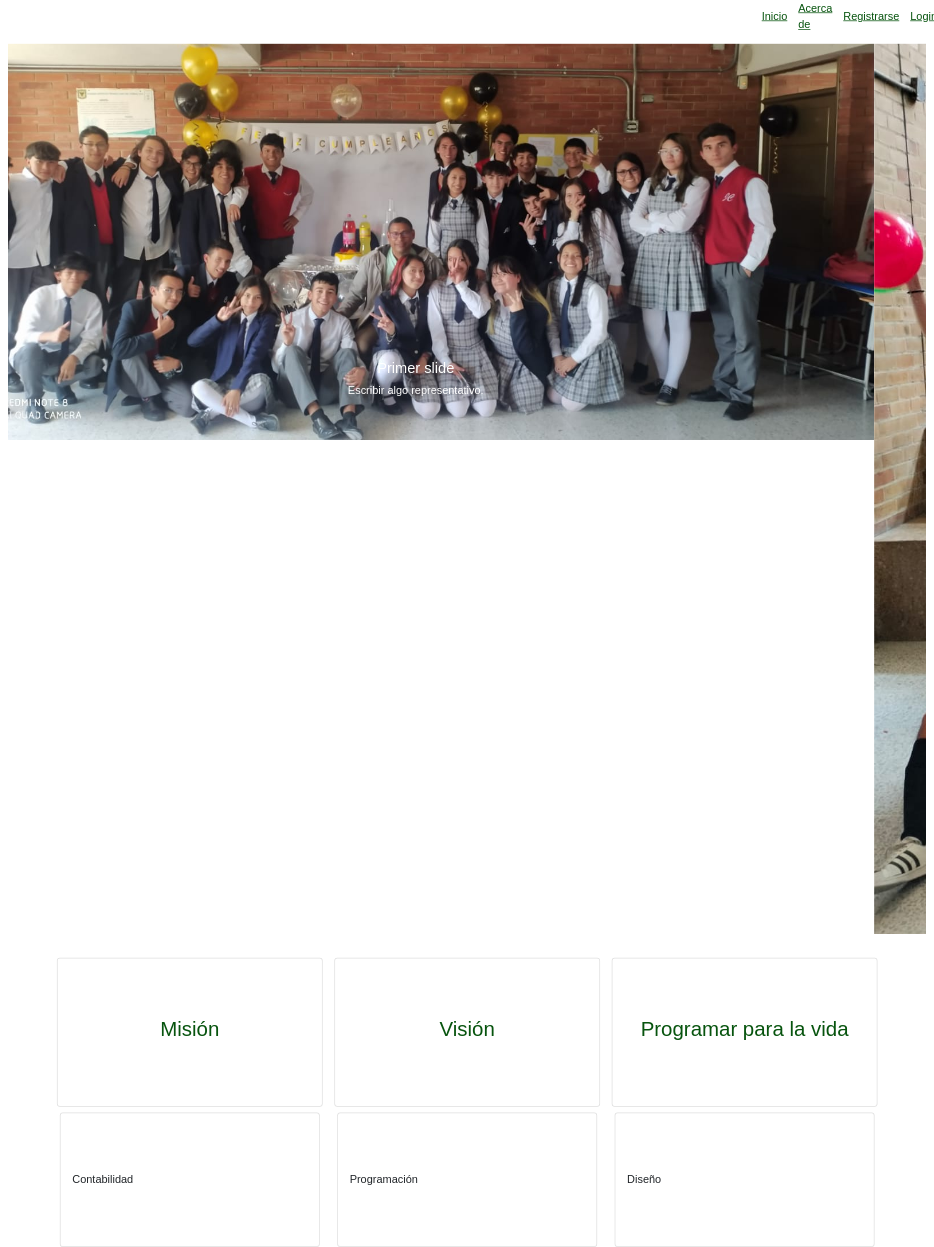
Repository: AntonnySant/webColegio
Page: index.html
An editor plug-in stored every save of this project. The page is shown before and after the next save, followed by the edit.
The browser window is 1280 px wide. The pictures show the whole page, at 73% of full size.

Above is the page before, as saved 2023-10-17 17:22:56.
Console error: TypeError: Cannot set properties of null (setting 'onclick')

After the next save:
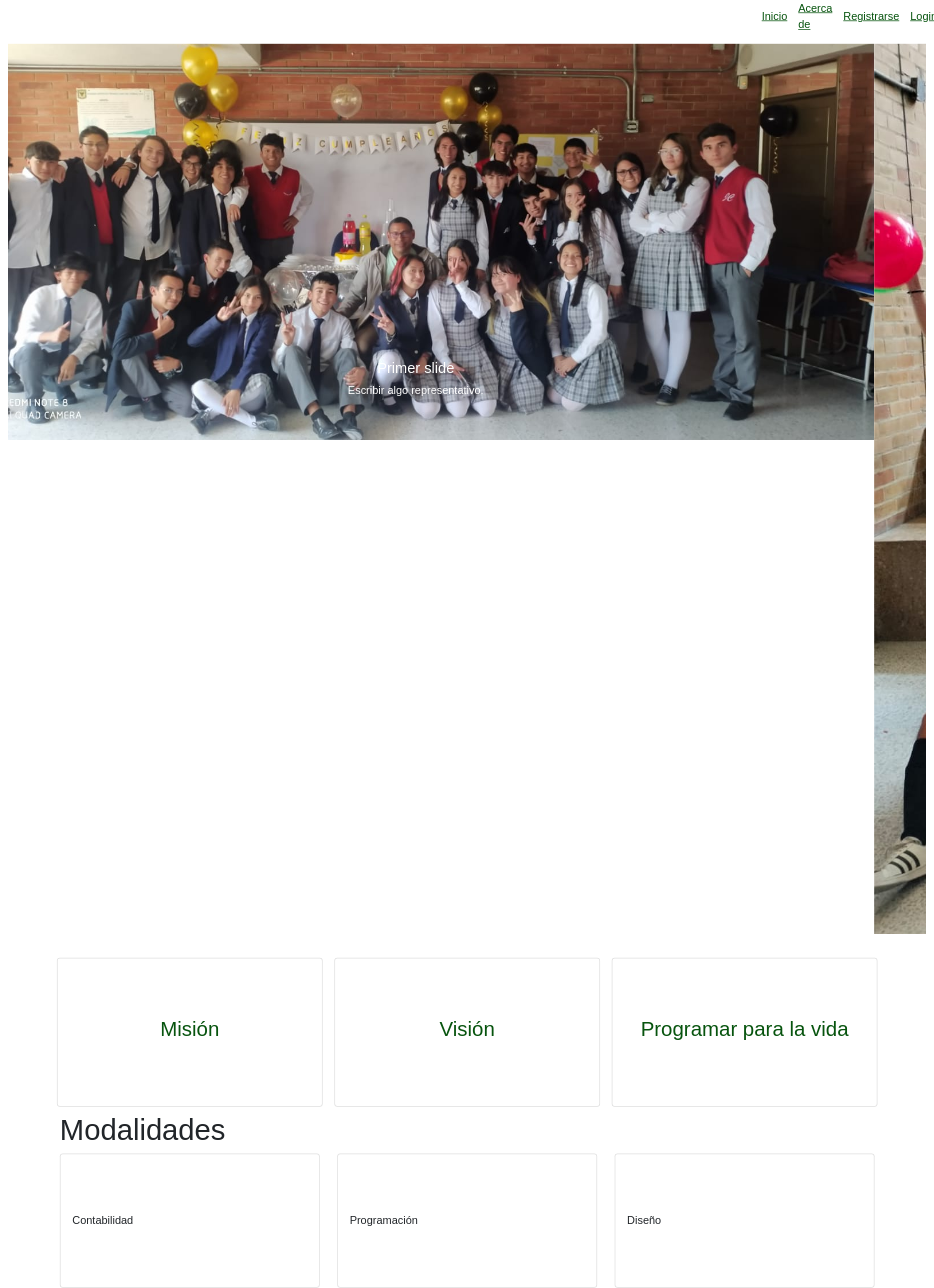
Saved 2 min 6 s later.
--- a/index.html
+++ b/index.html
@@ -219,6 +219,9 @@
 
         <div class="container">
             <div class="row">
+                <h1>Modalidades</h1>
+            </div>
+            <div class="row">
                 <div class="col">
                     <div class="card">
                         <div class="card-body">
